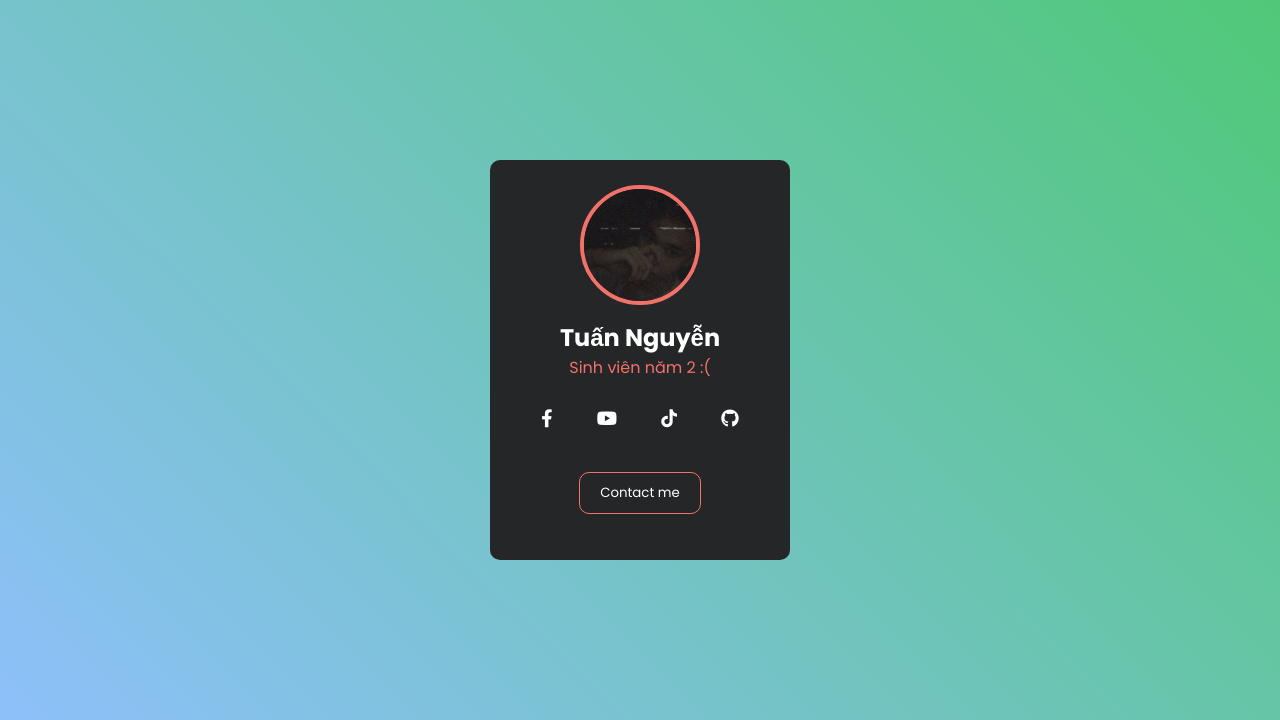
Repository: Zenchancute/HTML-CSS-tutorial-
Page: profile/index.html
The author's editor kept a copy of each file at every save. The page is drawn from the files as they stood at one save, then again after a run of saves.
The browser window is 1280 px wide. The pictures show the whole page.

Above is the page before, as saved 2021-11-28 20:02:57.

After the next 2 saves:
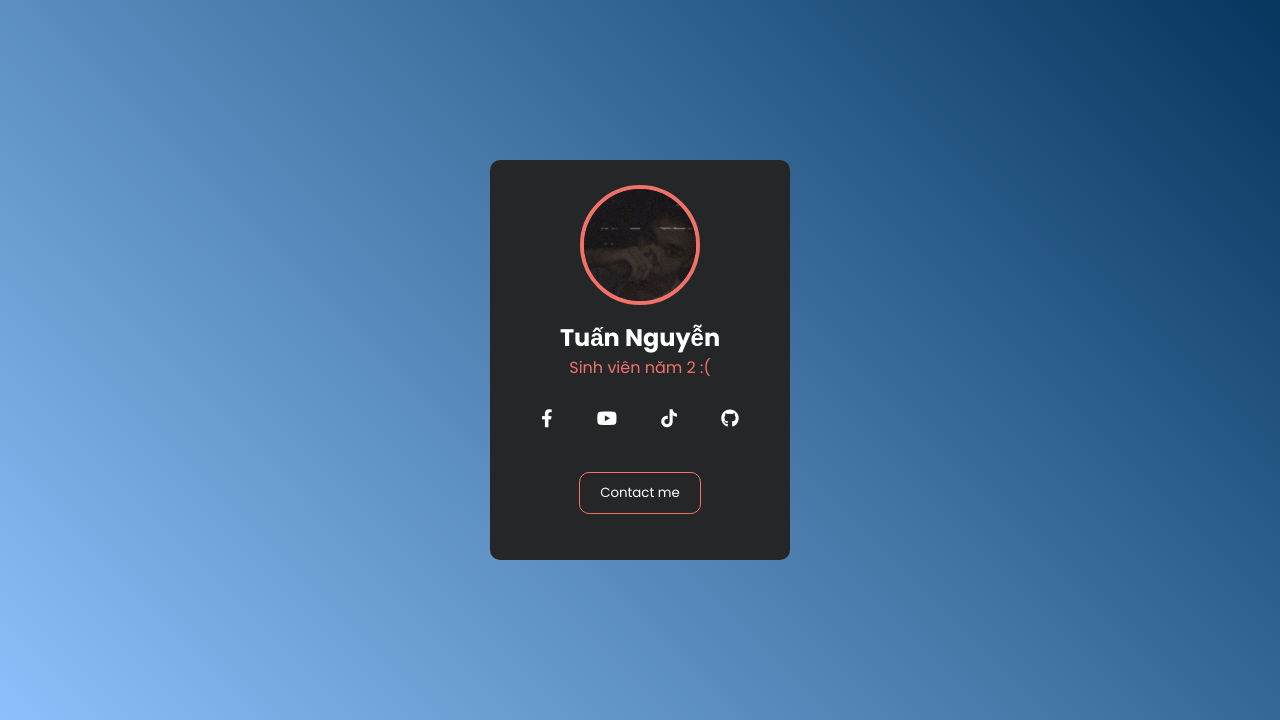
The 2 saves are shown as one change because they came seconds apart.
The last was saved 8 s later.
--- a/profile/style.css
+++ b/profile/style.css
@@ -12,7 +12,7 @@
 
 body {
     height: 100vh;
-    background: linear-gradient(45deg, #8dc0fa, #50c878);
+    background: linear-gradient(45deg, #8dc0fa, #05365e);
     display: flex;
     justify-content: center;
     align-items: center;
